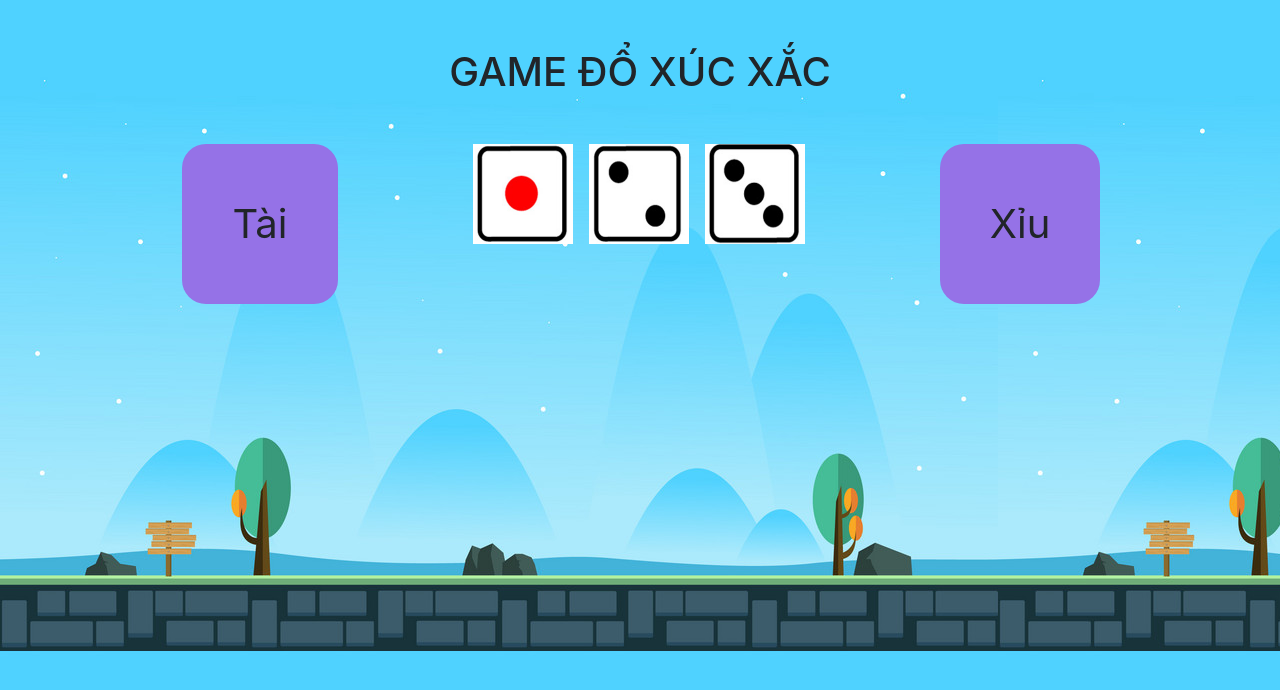
Repository: dovanthao2404/game-xuc-sac
Page: /
These files come from the project's save history. The page is drawn as it stood at one moment and after the next save; the edit follows.
The browser window is 1280 px wide. The pictures show the whole page.
The project was rebuilt for these pictures with package versions that can differ from the ones it lists, and the page was loaded fresh each time.

Above is the page before, as saved 2021-09-11 13:08:52.

After the next save:
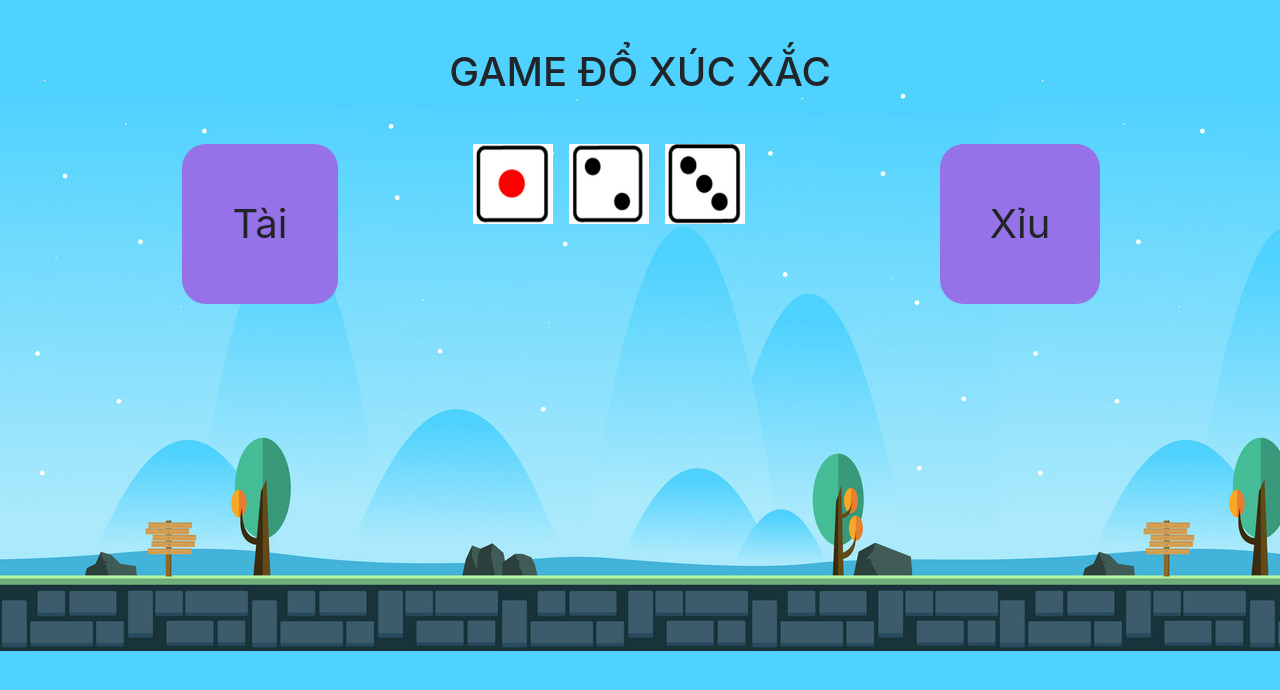
Saved 5 s later.
--- a/public/css/style.css
+++ b/public/css/style.css
@@ -19,5 +19,5 @@
 
 img {
   margin: 0 8px;
-  width: 100px;
+  width: 80px;
 }
